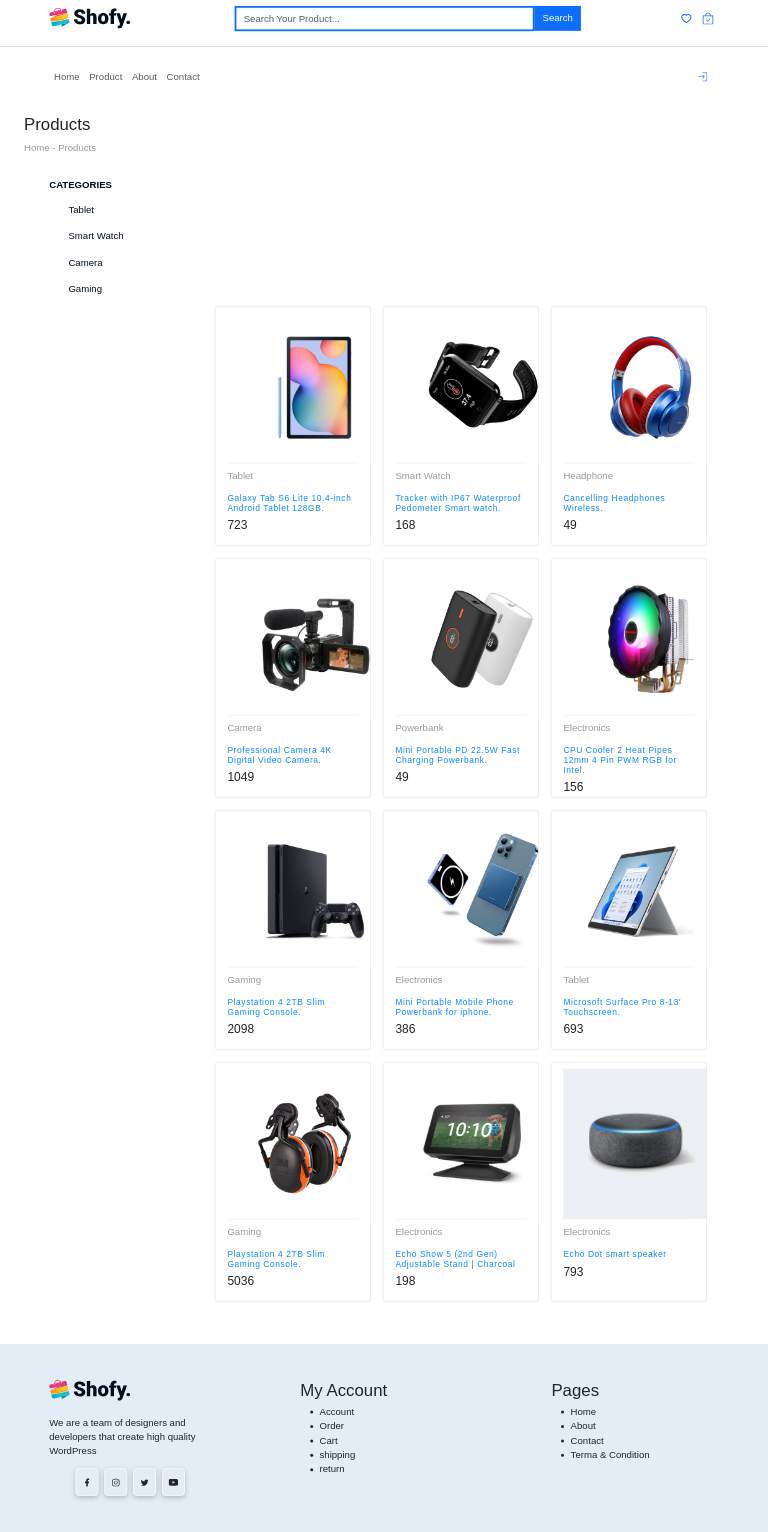
Repository: YomnaWegdan/E-commerce
Page: /product
The author's editor kept a copy of each file at every save. The page is drawn from the files as they stood at one save, then again after a run of saves.
The browser window is 1280 px wide. The pictures show the whole page, at 60% of full size.
The project was rebuilt for these pictures with package versions that can differ from the ones it lists, and the page was loaded fresh each time. Also part of the build but not shown: src/App.css, src/Pages/Home.css, src/Components/HomeProduct.js, src/Pages/Home.js.

Above is the page before, as saved 2023-08-06 03:09:38.

### src/index.js
import React from 'react';
import ReactDOM from 'react-dom/client';
import './index.css';
import App from './App';
import reportWebVitals from './reportWebVitals';
import 'bootstrap/dist/css/bootstrap.min.css';
import { Auth0Provider } from '@auth0/auth0-react';

const root = ReactDOM.createRoot(document.getElementById('root'));
root.render(
  <Auth0Provider
  domain="dev-aamwpxlsfm3npzz6.us.auth0.com"
  clientId="MkjduxuJruldtmeMMgriskirViaGSRSW"
  authorizationParams={{
    redirect_uri: window.location.origin
  }}
>
  <App />
</Auth0Provider>,);

// If you want to start measuring performance in your app, pass a function
// to log results (for example: reportWebVitals(console.log))
// or send to an analytics endpoint. Learn more: https://bit.ly/CRA-vitals
reportWebVitals();

### src/App.js
import { BrowserRouter , Routes , Route} from 'react-router-dom';
import './App.css';
import Navs from './Components/Navbar/Navs';
import Home from './Pages/Home';
import Footer from './Components/Footer/Footer';
import Product from './Pages/Product';

function App() {
  return (
    <BrowserRouter>
    <Navs/>
    <Routes>
    <Route path='/' element={<Home/>}/>
    <Route path='/product' element={<Product/>}/>

    </Routes>
    <Footer/>

    </BrowserRouter>
  );
}

export default App;

### src/Components/Navbar/Navs.js
import { Fragment } from 'react';
import Container from 'react-bootstrap/Container';
import Nav from 'react-bootstrap/Nav';
import Navbar from 'react-bootstrap/Navbar';
import Form from 'react-bootstrap/Form';
import Button from 'react-bootstrap/Button';
import Row from 'react-bootstrap/Row';
import Col from 'react-bootstrap/Col';
import logo from '../../img/logo.svg'
import { FaTruckMoving } from 'react-icons/fa';
import { AiOutlineUser } from 'react-icons/ai';
import { CiLogin } from 'react-icons/ci';
import { CiLogout } from 'react-icons/ci';
import { AiOutlineHeart } from 'react-icons/ai';
import { BsBagCheck } from 'react-icons/bs';
import './Navs.css'
import { useAuth0 } from "@auth0/auth0-react";

const Navs = () => {
  const { loginWithRedirect, logout , user, isAuthenticated } = useAuth0();


  return (
    <Fragment>
    <Navbar expand="lg" className='justify-content-between' >
      <Container>
        <Navbar.Brand href="/"><img src={logo} alt ='Logo'/></Navbar.Brand>
        <Navbar.Toggle aria-controls="basic-navbar-nav" />
        <Navbar.Collapse id="basic-navbar-nav" >
          <Nav className=" w-100 justify-content-center">
          <Form inline >
          <Row>
            <Col xs="auto">
              <Form.Control
                type="text"
                placeholder="Search Your Product..."
                className=" mr-sm-2  w-auto"
              />
            </Col>
            <Col xs="auto" className=' m-sm-0'>
              <Button type="submit">Search</Button>
            </Col>
          </Row>
        </Form>
        </Nav>
        <Nav className=' justify-content-end'>
        {isAuthenticated &&
        (
        <Nav>
          <Nav.Link href="/" ><AiOutlineUser/></Nav.Link>
          <p className=' my-auto me-3' >Hello, {user.name}</p>
        </Nav>
        )}

        <Nav.Link href="/" ><AiOutlineHeart/></Nav.Link>
        <Nav.Link href="/cart" ><BsBagCheck/></Nav.Link>

          </Nav>
        </Navbar.Collapse>
      </Container>
    </Navbar>
    <hr/>
    <Navbar expand="lg" >
    <Container>
      <Navbar.Toggle aria-controls="basic-navbar-nav "  />
      <Navbar.Collapse id="basic-navbar-nav" className=' justify-content-between'>
        <Nav className=" justify-content-start">
          <Nav.Link href="/">Home</Nav.Link>
          <Nav.Link href="/product">Product</Nav.Link>
          <Nav.Link href="/about">About</Nav.Link>
          <Nav.Link href="/contact">Contact</Nav.Link>
        </Nav>
        <Nav className="auth  ">
        {isAuthenticated?
                <Button onClick={() => logout({ logoutParams: { returnTo: window.location.origin } })}><CiLogout/></Button>:
                        <Button onClick={() => loginWithRedirect()}><CiLogin/></Button>
        }
        </Nav>
      </Navbar.Collapse>
    </Container>
  </Navbar></Fragment>
  )
}

export default Navs

### src/Components/Footer/Footer.js
import React from 'react'
import logo from '../../img/logo.svg'
import { AiOutlineInstagram } from 'react-icons/ai';
import { RiFacebookFill } from 'react-icons/ri';
import { AiOutlineTwitter } from 'react-icons/ai';
import { BsYoutube } from 'react-icons/bs';
import './Footer.css'

const Footer = () => {
  return (
    <div className='footer'>
    <div className='container d-flex justify-content-between '>
    <div className='about col-lg-3'>
    <div className='logo'>
        <img src={logo} alt='logo'></img>
    </div>
    <div className='detail'>
                    <p className=' mt-4'>We are a team of designers and developers that create high quality WordPress</p>
                    <div className='icon'>
                        <li><RiFacebookFill /></li>
                        <li><AiOutlineInstagram /></li>
                        <li><AiOutlineTwitter /></li>
                        <li><BsYoutube /></li>
                    </div>
                </div>
    </div>
    <div className='account col-lg-3'>
                <h3>My Account</h3>
                <ul>
                    <li>Account</li>
                    <li>Order</li>
                    <li>Cart</li>
                    <li>shipping</li>
                    <li>return</li>
                </ul>
            </div>
            <div className='page col-lg-3'>
                <h3>Pages</h3>
                <ul>
                    <li>Home</li>
                    <li>About</li>
                    <li>Contact</li>
                    <li>Terma & Condition</li>
                </ul>
            </div>
    </div>

    </div>
  )
}

export default Footer

### src/Pages/Product.js
import React from 'react'
import './Product.css'
import Productdetail from './Productdetail'
import { AiOutlineShoppingCart } from 'react-icons/ai';
import { BsEye } from 'react-icons/bs';
import { AiOutlineHeart } from 'react-icons/ai';
import './Product.css'
const Product = () => {
  return (
    <div className='products  '>
    <h3>Products</h3>
    <p>Home - Products</p>
    <div className='container d-flex justify-content-between'>
    <div className='filter'>
    <div className='categories'>
    <h3>Categories</h3>
    <ul>
    <li>Tablet</li>
    <li>Smart Watch</li>
    <li>Camera</li>
    <li>Gaming</li>
    </ul>
    </div>
    <div className='productbox '>
    <div className='contant '>
    {Productdetail.map((el)=>{
      return(
        <div className='box' key={el.id}>
            <div className='img_box  '>
            <img src={el.Img} alt={el.Title}></img>
            <div className='icon'>
              <li ><AiOutlineShoppingCart /></li>
              <li ><BsEye /></li>
              <li><AiOutlineHeart /></li>
            </div>
            </div>
            <div className='detail '>
            <p> {el.Cat}</p>
            <h4 className=''>{el.Title}</h4>
            <h5 >{el.Price}</h5>
            </div>
        </div>
      )
    })}
    </div>
    </div>
    </div>
    </div>
      </div>
  )
}

export default Product

### src/Components/Navbar/Navs.css
.navbar input{
    width: 500px !important;
    border: 3px solid #0D6EFD;
    border-radius: 0px !important;
    outline: none !important;


}
.navbar input:focus{
    outline: none !important;
}
.navbar button{
    margin-left: -24px;
    border-radius: 0px !important;
    height: 41px;
}
@media (max-width:1200px) {
    .navbar button{
        margin-left: 0;
    }
    .navbar input{
        width: 260px !important;
    }
}
.navbar svg{
    color: #0D6EFD;
    width: 20px;
    height: 20px;
}
.navbar a:hover{
    color: #0D6EFD;

}
.navbar p{
    width: max-content;
}
.navbar .auth button{
    background-color: white;
    border: none;
    margin: 5px;
}

### src/Components/Footer/Footer.css
.footer{
    background: #e3edf6;
    padding: 60px;
    text-align: start;
}
.footer .detail .icon{
    list-style: none;
    display: flex;
    justify-content: center;

}
.footer .detail .icon li{
    margin-right: 10px;
    border: 1px solid white;
    box-shadow: rgba(0, 0, 0, 0.24) 0px 3px 8px;
    padding: 10px;
    border-radius: 6px;

}
.footer .detail .icon li:hover{
    background-color: #0989ff;
    color: white;
    border: 1px solid #0989ff;
    transition: 0.5s;


}

.footer .account li:hover , .footer .page li:hover{
    color: #0989ff;
    cursor: pointer;
    transition: 0.5s;


}

### src/Pages/Product.css
*
{
    margin: 0;
    padding: 0;
    font-family: sans-serif;
    box-sizing: border-box;
}
.products
{
    padding: 30px 40px;
    width: 100%;
}
.products h2
{
    font-size: 42px;
    letter-spacing: 1px;
    text-transform: uppercase;
    font-weight: 300;
    color: #010f1c;
}
.products p
{
    margin-top: 10px;
    color: #9a9a9a;
}
.products .container
{
    margin-top: 20px;
    max-width: 100%;
    display: flex;
    justify-content: space-between;
}
.products .container .filter
{
    padding: 20px 30px;
    display: flex;
    justify-content:flex-start;
    flex-wrap: wrap;
}
.products .container .filter .categories h3
{
    color: #010f1c;
    font-size: 16px;
    text-transform: uppercase;
    font-weight: 600;
}
.products .container .filter .categories ul
{
    margin-top: 10px;
}
.products .container .filter .categories ul li
{
    list-style: none;
    margin-top: 20px;
    color: #010f1c;
    cursor: pointer;
}
.products .container .productbox
{
    margin-right: 0%;
    display: flex;
    justify-content: space-between;
    flex-wrap: wrap;
}

.products .container .productbox .contant{
    display: flex;
    justify-content:flex-end;
    flex-wrap: wrap;

}
.products .container .productbox .contant .box
{
    padding: 10px 20px;
    overflow: hidden;
    width: 260px;
    height: 400px;
    border: 1px solid #e2e0e0;
    margin-bottom: 20px;
    transition: 0.5s;
    cursor: pointer;
    border-radius: 5px;
    margin-right: 20px;
}
.products .container .productbox .contant .box:hover
{
    box-shadow: rgba(0, 0, 0, 0.24) 0px 3px 8px;
}
.products .container .productbox .contant .box .img_box
{
    display: flex;
    justify-content: space-between;
    border-bottom: 1px solid #e2e0e0;
}
.products .container .productbox .contant .box .img_box img
{
    width: 300px;
    height: 250px;
    margin-right: 50px;
}
.products .container .productbox .contant .box .img_box .icon
{
    z-index: 1;
    position: relative;
    right: 0;
    display: flex;
    flex-direction: column;
    margin-top: 20px;
    transition: 0.5s;
}
.products .container .productbox .contant .box:hover .img_box .icon
{
    transform: translateX(-130px);
}
.products .container .productbox .contant .box .img_box .icon li
{
    list-style: none;
    padding: 10px 10px;
    color: #010f1c;
    cursor: pointer;
    box-shadow: rgba(0, 0, 0, 0.24) 0px 3px 8px;
    background: #fff;
    transition: 0.5s;
    font-size: 18px;
}
.products .container .productbox .contant .box .img_box .icon li:hover
{
    background: #0989ff;
    color: #fff;
}
.products .container .productbox .contant .box .detail
{
    margin-top: 10px;
}
.products .container .productbox .contant .box .detail h3
{
    font-size: 16px;
    margin-top: 5px;
    color: #010f1c;
    transition: 0.5s;
}
.products .container .productbox .contant .box:hover .detail h3
{
    color: #0989ff;
}
.products .container .productbox .contant .box .detail h4
{
    margin-top: 5px;
    font-size: 14px;
    color: #0989ff;
    letter-spacing: 1px;
}

### src/Pages/Productdetail.js
const Productdetail =
[
    {
        id:1,
        Title:"Galaxy Tab S6 Lite 10.4-inch Android Tablet 128GB.",
        Cat: 'Tablet',
        Price: '723',
        Img: require('../img/tp1.jpg')
    },
    {
        id:2,
        Title:"Tracker with IP67 Waterproof Pedometer Smart watch.",
        Cat: 'Smart Watch',
        Price: '168',
        Img: require('../img/tp2.jpg')
    },
    {
        id:3,
        Title:"Cancelling Headphones Wireless.",
        Cat: 'Headphone',
        Price: '49',
        Img: require('../img/tp3.jpg')
    },
    {
        id:4,
        Title:"Professional Camera 4K Digital Video Camera.",
        Cat: 'Camera',
        Price: '1049',
        Img: require('../img/tp4.jpg')
    },
    {
        id:5,
        Title:"Mini Portable PD 22.5W Fast Charging Powerbank.",
        Cat: 'Powerbank',
        Price: '49',
        Img: require('../img/tp5.jpg')
    },
    {
        id:6,
        Title:"CPU Cooler 2 Heat Pipes 12mm 4 Pin PWM RGB for Intel.",
        Cat: 'Electronics',
        Price: '156',
        Img: require('../img/tp6.png')
    },
    {
        id:7,
        Title:"Playstation 4 2TB Slim Gaming Console.",
        Cat: 'Gaming',
        Price: '2098',
        Img: require('../img/tp7.jpg')
    },
    {
        id:8,
        Title:"Mini Portable Mobile Phone Powerbank for iphone.",
        Cat: 'Electronics',
        Price: '386',
        Img: require('../img/tp8.jpg')
    },
    {
        id:9,
        Title:"Microsoft Surface Pro 8-13' Touchscreen.",
        Cat: 'Tablet',
        Price: '693',
        Img: require('../img/p9.jpg')
    },
    {
        id:10,
        Title:"Playstation 4 2TB Slim Gaming Console.",
        Cat: 'Gaming',
        Price: '5036',
        Img: require('../img/p10.jpg')
    },
    {
        id:11,
        Title:"Echo Show 5 (2nd Gen) Adjustable Stand | Charcoal",
        Cat: 'Electronics',
        Price: '198',
        Img: require('../img/p11.jpg')
    },
    {
        id:12,
        Title:"Echo Dot smart speaker",
        Cat: 'Electronics',
        Price: '793',
        Img: require('../img/p12.jpg')
    },
]
export default Productdetail;

Loaded but not shown: public/index.html (common file); src/index.css (common file); src/reportWebVitals.js (common file)

After the next 2 saves:
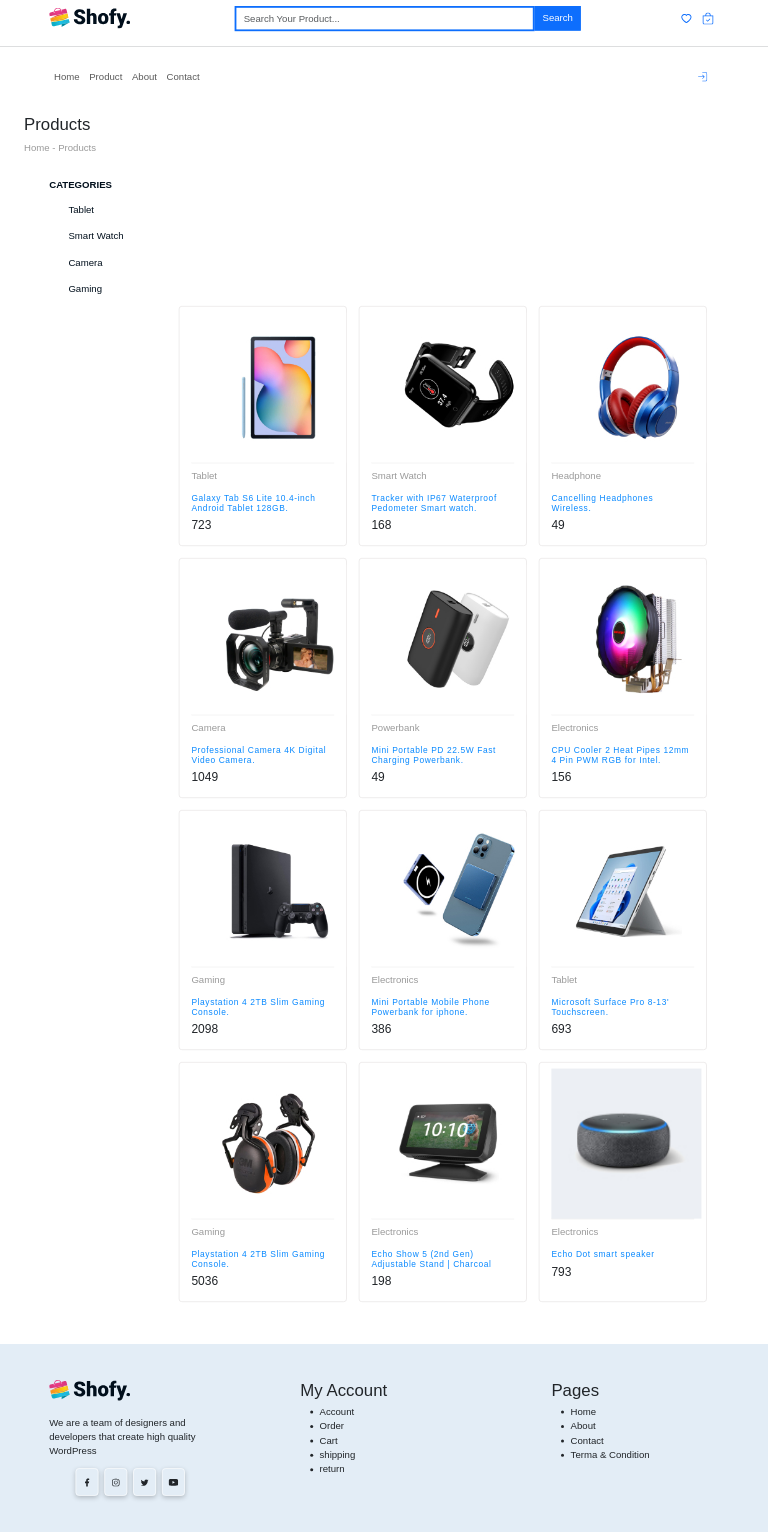
The 2 saves are shown as one change because they came seconds apart.
The last was saved 14 s later.
--- a/src/Pages/Product.css
+++ b/src/Pages/Product.css
@@ -73,7 +73,7 @@
 {
     padding: 10px 20px;
     overflow: hidden;
-    width: 260px;
+    width: 280px;
     height: 400px;
     border: 1px solid #e2e0e0;
     margin-bottom: 20px;
